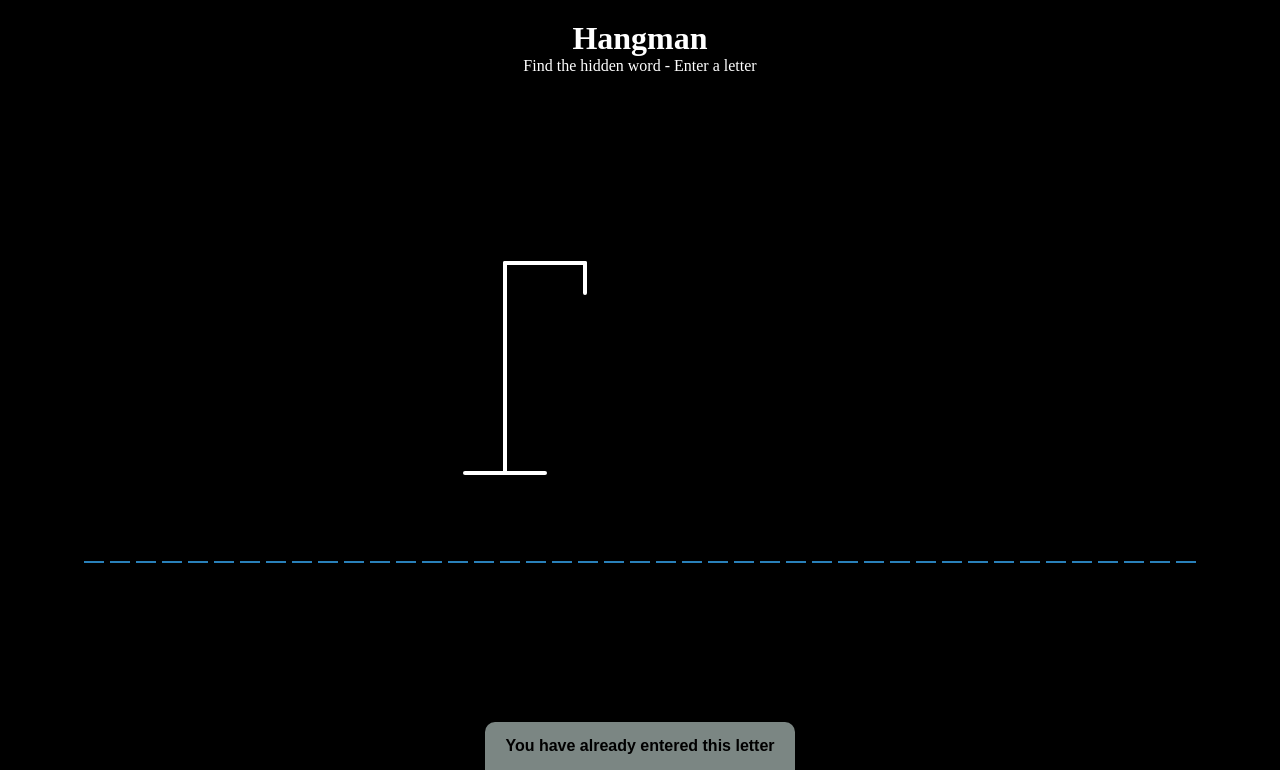
Repository: CAMPSLOPY/HangMan
Page: index.html
An editor plug-in stored every save of this project. The page is shown before and after a run of saves, followed by the edit.
The browser window is 1280 px wide. The pictures show the whole page.
Some web fonts or font styles are not loaded; a fallback is used.

Above is the page before, as saved 2021-01-27 13:24:36.

After the next 4 saves:
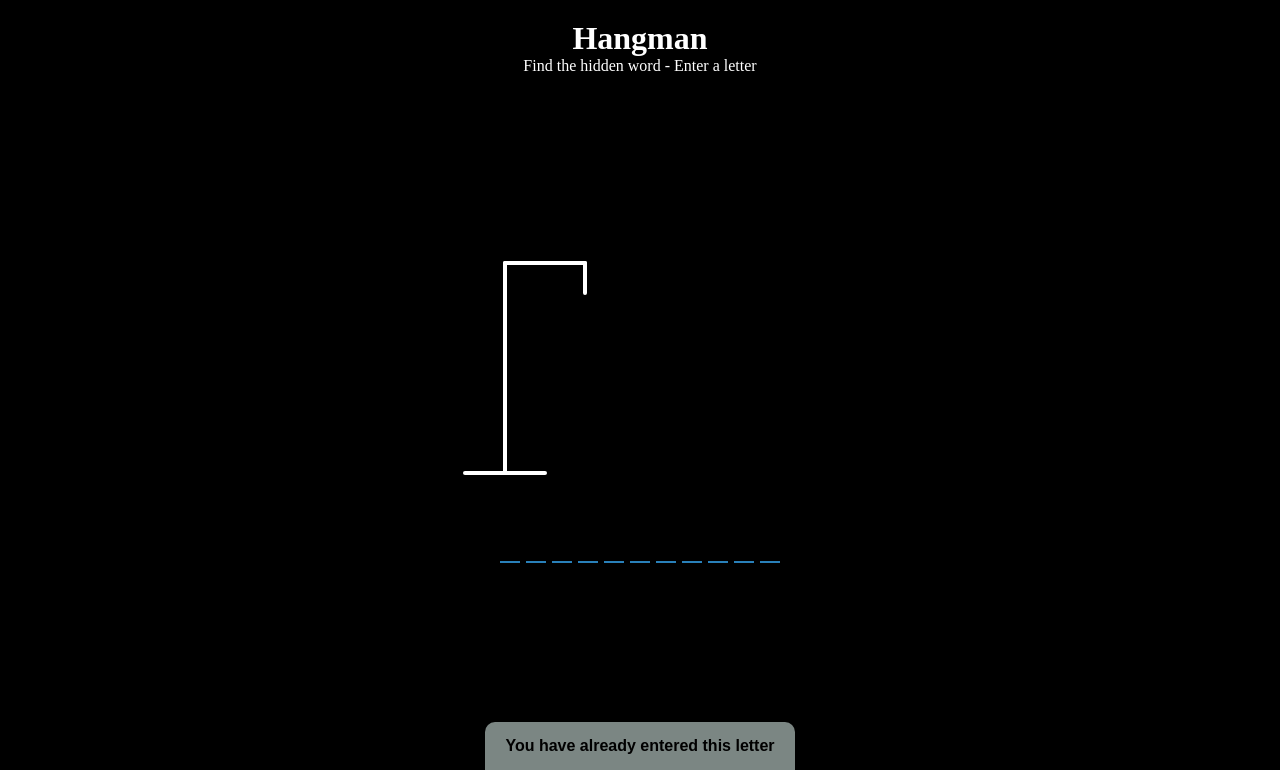
The 4 saves are shown as one change because they came seconds apart.
The last was saved 36 s later.
--- a/app.js
+++ b/app.js
@@ -7,7 +7,7 @@ const finalMessage = document.getElementById("final-message");
 const figureParts = document.querySelectorAll(".figure-part");
 
 // initiating the random game numbers and also its length
-const words = ["application, programming, interface, wizard"];
+const words = ['application',];
 const selectedWords = words[Math.floor(Math.random() * words.length)];
 
 // we need two arrays to store both the correct  and incorrect letters
